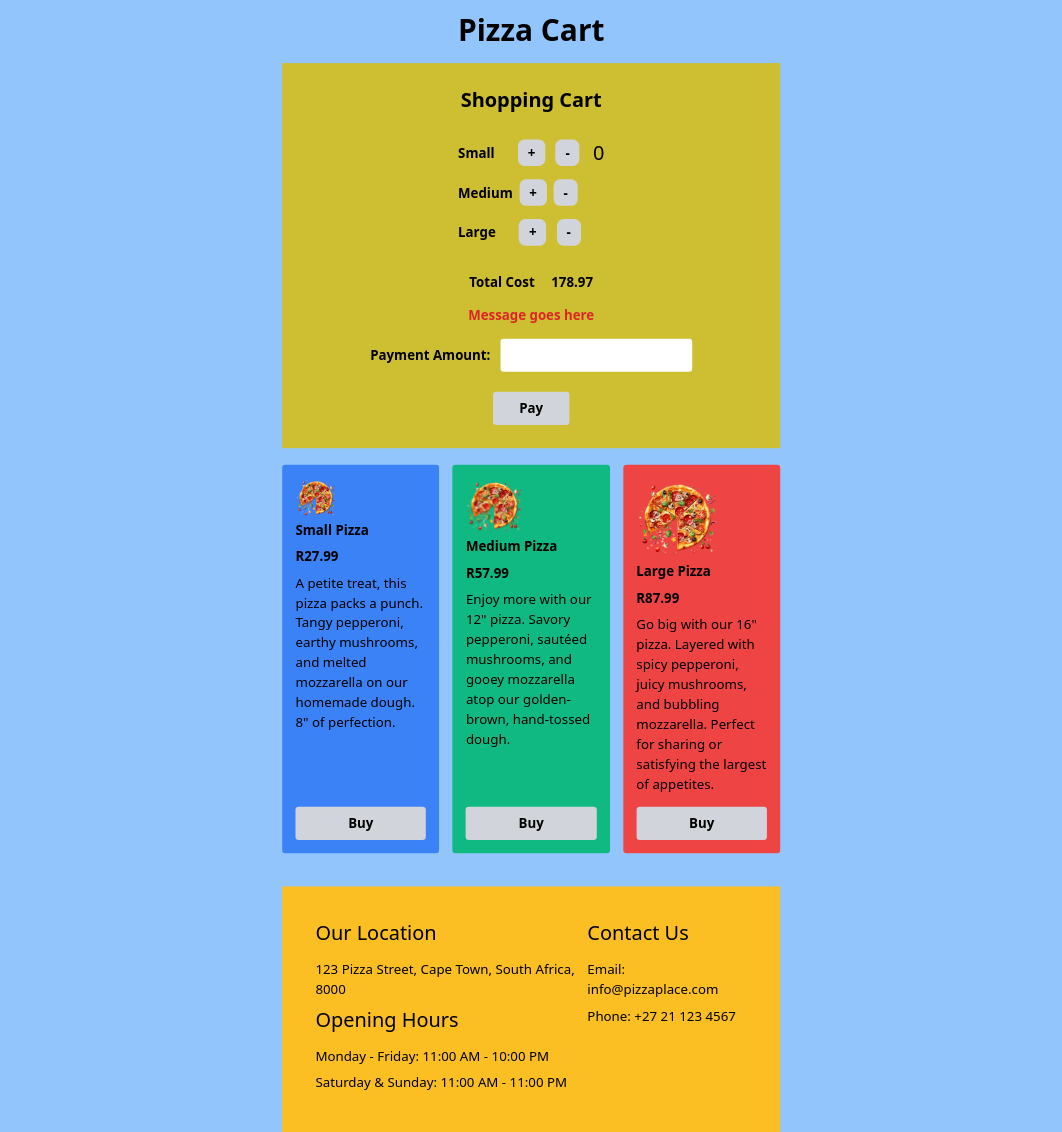
Repository: lasity34/pizza_cart
Page: index.html
The author's editor kept a copy of each file at every save. The page is drawn from the files as they stood at one save, then again after the next save.
The browser window is 1280 px wide. The pictures show the whole page, at 83% of full size.
Some web libraries are served in a nearby version.

Above is the page before, as saved 2023-07-11 11:16:45.
Console error: ReferenceError: amount is not defined

### index.html
<!DOCTYPE html>
<html lang="en">
  <head>
    <meta charset="UTF-8" />
    <meta name="viewport" content="width=device-width, initial-scale=1.0" />
    <title>Pizza Cart</title>
    <script src="//unpkg.com/alpinejs" defer></script>
    <link
      href="https://cdn.jsdelivr.net/npm/tailwindcss@2.1.2/dist/tailwind.min.css"
      rel="stylesheet"
    />
    <link href="./style.css" rel="stylesheet" />
  </head>
  <body class="bg-blue-300">
    <section class="flex justify-center items-center">
      <h1 class="text-4xl pt-4 font-bold">Pizza Cart</h1>
    </section>
    <section
      class="shop-container my-5 p-7 flex justify-center items-center flex-col"
    >
      <h2 class="text-2xl mb-2 font-bold">Shopping Cart</h2>
      <div class="mt-6 flex flex-col items-center">
        <div x-data="cart">
          <div class="flex items-center mb-4">
            <p class="font-bold mr-2">Small</p>
            <div class="ml-5">
              <button
                @click="increment(small)"
                class="bg-gray-300 hover:bg-gray-400 rounded-lg px-3 py-1 mr-2 font-bold"
              >
                +
              </button>
              <button
                @click="decrement(small)"
                class="bg-gray-300 hover:bg-gray-400 rounded-lg px-3 py-1 font-bold"
              >
                -
              </button>
            </div>
           <p><span class="ml-4 text-2xl" x-text="smallAmount * prices.small"></span></p>
          </div>
          <div class="flex items-center mb-4">
            <p class="font-bold mr-2">Medium</p>
            <button
              @click="increment()"
              class="bg-gray-300 hover:bg-gray-400 rounded-lg px-3 py-1 mr-2 font-bold"
            >
              +
            </button>
            <button
              @click="decrement()"
              class="bg-gray-300 hover:bg-gray-400 rounded-lg px-3 py-1 font-bold"
            >
              -
            </button>
            <p class="ml-2" x-text="amount * price"></p>
          </div>
          <div class="flex items-center mb-4">
            <p class="font-bold mr-2">Large</p>
            <div class="ml-5">

              <button
                @click="increment()"
                class="bg-gray-300 hover:bg-gray-400 rounded-lg px-3 py-1 mr-2 font-bold"
              >
                +
              </button>
              <button
                @click="decrement()"
                class="bg-gray-300 hover:bg-gray-400 rounded-lg px-3 py-1 font-bold"
              >
                -
              </button>
              <p class="ml-2" x-text="amount * price"></p>
            </div>
          </div>
        </div>

        <div class="flex mt-4">
          <p class="font-bold">Total Cost</p>
          <p class="ml-5 font-bold">178.97</p>
        </div>
        <div class="mt-4">
          <p class="text-red-600 font-bold">Message goes here</p>
        </div>
        <div class="mt-4">
          <label class="font-bold">Payment Amount:</label>
          <input type="text" class="rounded ml-2 py-2" />
        </div>
        <div class="mt-6">
          <button
            class="bg-gray-300 hover:bg-gray-400 py-2 px-8 rounded font-bold"
          >
            Pay
          </button>
        </div>
      </div>
    </section>
    <section class="pizza_columns">
      <div class="flex justify-around gap-4 max-w-screen-sm mx-auto">
        <div
          class="pizza_sm bg-blue-500 rounded p-4 w-64 flex flex-col justify-between text-black"
        >
          <div>
            <img src="./pizza.png" width="50" />
            <h3 class="mb-2 font-bold">Small Pizza</h3>
            <h3 class="mb-2 font-bold">R27.99</h3>
            <p class="mb-4">
              A petite treat, this pizza packs a punch. Tangy pepperoni, earthy
              mushrooms, and melted mozzarella on our homemade dough. 8" of
              perfection.
            </p>
          </div>
          <button
            @click=""
            class="bg-gray-300 hover:bg-gray-400 transition-colors duration-300 py-2 px-4 rounded font-bold"
          >
            Buy
          </button>
        </div>
        <div
          class="pizza_md bg-green-500 rounded p-4 w-64 flex flex-col justify-between text-black"
        >
          <div>
            <img src="./pizza.png" width="70" />
            <h3 class="mb-2 font-bold">Medium Pizza</h3>
            <h3 class="mb-2 font-bold">R57.99</h3>
            <p class="mb-4">
              Enjoy more with our 12" pizza. Savory pepperoni, sautéed
              mushrooms, and gooey mozzarella atop our golden-brown, hand-tossed
              dough.
            </p>
          </div>
          <button
            class="bg-gray-300 hover:bg-gray-400 transition-colors duration-300 py-2 px-4 rounded font-bold"
          >
            Buy
          </button>
        </div>
        <div
          class="pizza_lg bg-red-500 rounded p-4 w-64 flex flex-col justify-between text-black"
        >
          <div>
            <img src="./pizza.png" width="100" />
            <h3 class="mb-2 font-bold">Large Pizza</h3>
            <h3 class="mb-2 font-bold">R87.99</h3>
            <p class="mb-4">
              Go big with our 16" pizza. Layered with spicy pepperoni, juicy
              mushrooms, and bubbling mozzarella. Perfect for sharing or
              satisfying the largest of appetites.
            </p>
          </div>
          <button
            class="bg-gray-300 hover:bg-gray-400 transition-colors duration-300 py-2 px-4 rounded font-bold"
          >
            Buy
          </button>
        </div>
      </div>
      <footer class="bg-yellow-400 text-black mt-10 p-10">
        <div class="container mx-auto flex justify-between">
          <div>
            <h2 class="text-2xl mb-4">Our Location</h2>
            <p class="mb-2">123 Pizza Street, Cape Town, South Africa, 8000</p>

            <h2 class="text-2xl mb-4">Opening Hours</h2>
            <p class="mb-2">Monday - Friday: 11:00 AM - 10:00 PM</p>
            <p class="mb-2">Saturday & Sunday: 11:00 AM - 11:00 PM</p>
          </div>
          <div>
            <h2 class="text-2xl mb-4">Contact Us</h2>
            <p class="mb-2">Email: info@pizzaplace.com</p>
            <p class="mb-2">Phone: +27 21 123 4567</p>
          </div>
        </div>
      </footer>
    </section>
    <script src="./pizza.js"></script>
  </body>
</html>

### style.css

body {
    max-width: 600px;
    margin: 0 auto;
}

.shop-container {
    background-color: rgb(205, 190, 50);
}

### pizza.js
function cart() {
  return {
    smallAmount: 0,
    mediumAmount: 0,
    largeAmount: 0,
    prices: {
      small: 27.99,
      medium: 57.99,
      large: 87.99,
    },
    increment(size) {
      if (size === "small") {
        this.smallAmount++;
      } else if (size === "medium") {
        this.mediumAmount++;
      } else if (size === "large") {
        this.largeAmount++;
      }
    },
    decrement(size) {
      if (size === "small" && this.smallAmount > 0) {
        this.smallAmount--;
      } else if (size === "medium" && this.mediumAmount > 0) {
        this.mediumAmount--;
      } else if (size === "large" && this.largeAmount > 0) {
        this.largeAmount--;
      }
    },
  };
}

document.addEventListener("alpine:init", () => {
  Alpine.data("cart", cart);
});

After the next save:
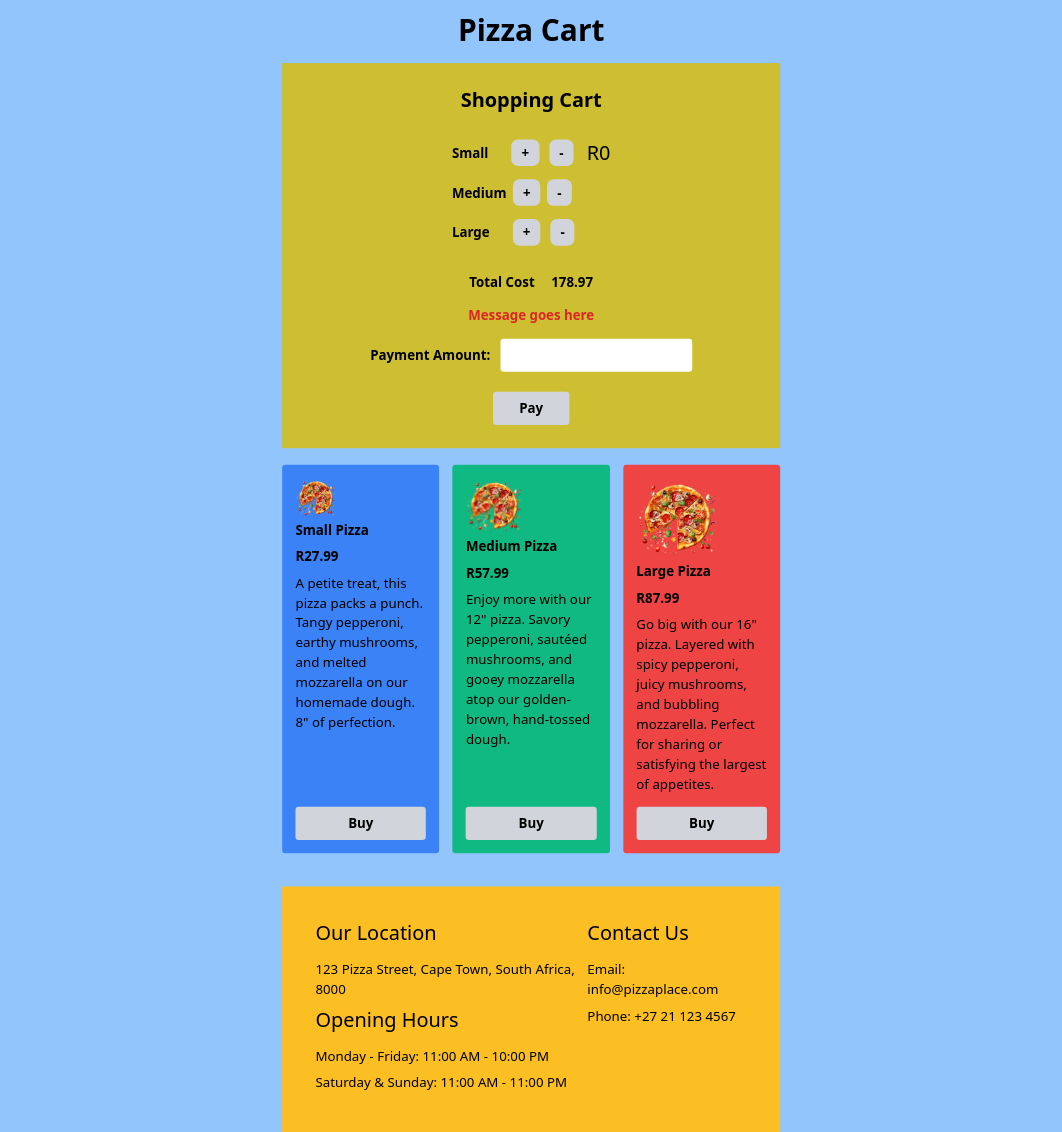
Saved 30 s later.
--- a/index.html
+++ b/index.html
@@ -37,7 +37,7 @@
                 -
               </button>
             </div>
-           <p><span class="ml-4 text-2xl" x-text="smallAmount * prices.small"></span></p>
+           <p  class="ml-4 text-2xl">R<span x-text="smallAmount * prices.small"></span></p>
           </div>
           <div class="flex items-center mb-4">
             <p class="font-bold mr-2">Medium</p>

After the 3 saves that followed:
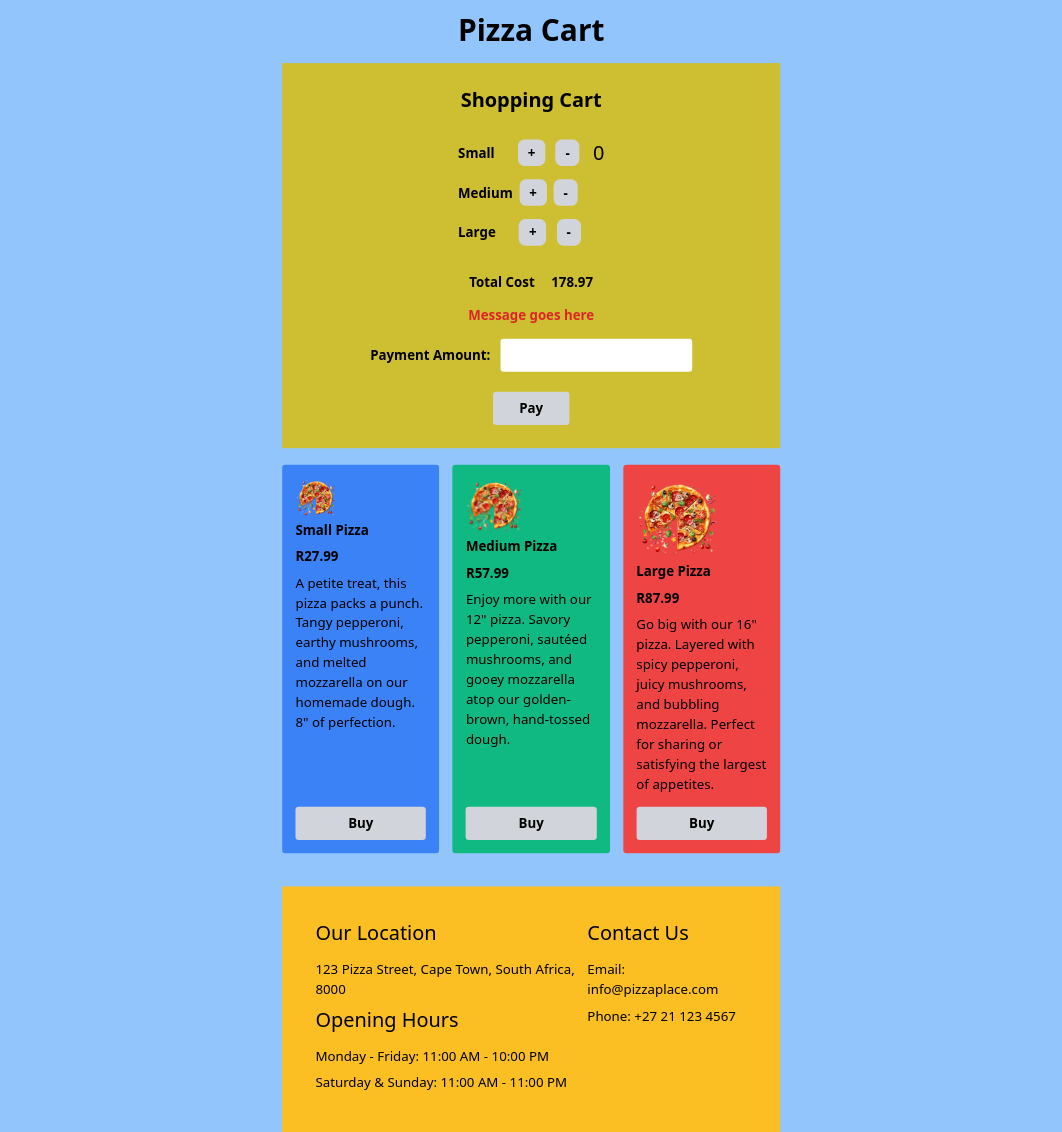
The 3 saves are shown as one change because 2 left the picture as it was.
The last was saved 7 min 42 s later.
--- a/index.html
+++ b/index.html
@@ -12,9 +12,11 @@
     <link href="./style.css" rel="stylesheet" />
   </head>
   <body class="bg-blue-300">
+
     <section class="flex justify-center items-center">
       <h1 class="text-4xl pt-4 font-bold">Pizza Cart</h1>
     </section>
+
     <section
       class="shop-container my-5 p-7 flex justify-center items-center flex-col"
     >
@@ -25,19 +27,19 @@
             <p class="font-bold mr-2">Small</p>
             <div class="ml-5">
               <button
-                @click="increment(small)"
+                @click="increment('small')"
                 class="bg-gray-300 hover:bg-gray-400 rounded-lg px-3 py-1 mr-2 font-bold"
               >
                 +
               </button>
               <button
-                @click="decrement(small)"
+                @click="decrement('small')"
                 class="bg-gray-300 hover:bg-gray-400 rounded-lg px-3 py-1 font-bold"
               >
                 -
               </button>
             </div>
-           <p  class="ml-4 text-2xl">R<span x-text="smallAmount * prices.small"></span></p>
+           <p class="ml-4 text-2xl"><span x-text="smallAmount * prices.small">R0.00</span></p>
           </div>
           <div class="flex items-center mb-4">
             <p class="font-bold mr-2">Medium</p>
@@ -75,7 +77,6 @@
             </div>
           </div>
         </div>
-
         <div class="flex mt-4">
           <p class="font-bold">Total Cost</p>
           <p class="ml-5 font-bold">178.97</p>
@@ -96,6 +97,7 @@
         </div>
       </div>
     </section>
+
     <section class="pizza_columns">
       <div class="flex justify-around gap-4 max-w-screen-sm mx-auto">
         <div
@@ -157,6 +159,7 @@
           </button>
         </div>
       </div>
+
       <footer class="bg-yellow-400 text-black mt-10 p-10">
         <div class="container mx-auto flex justify-between">
           <div>
